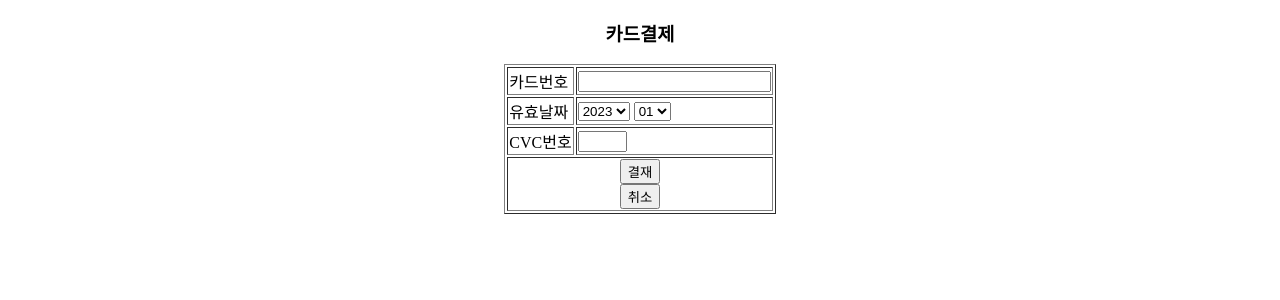
Repository: Juseong-Bang/jspWebProject
Page: http://localhost/FilmBooking/card.jsp
The author's editor kept a copy of each file at every save. The page is drawn from the files as they stood at one save, then again after the next save.
The browser window is 1280 px wide. The pictures show the whole page.
The page is served by Tomcat 9.

Above is the page before, as saved 2017-12-02 09:03:22.

After the next save:
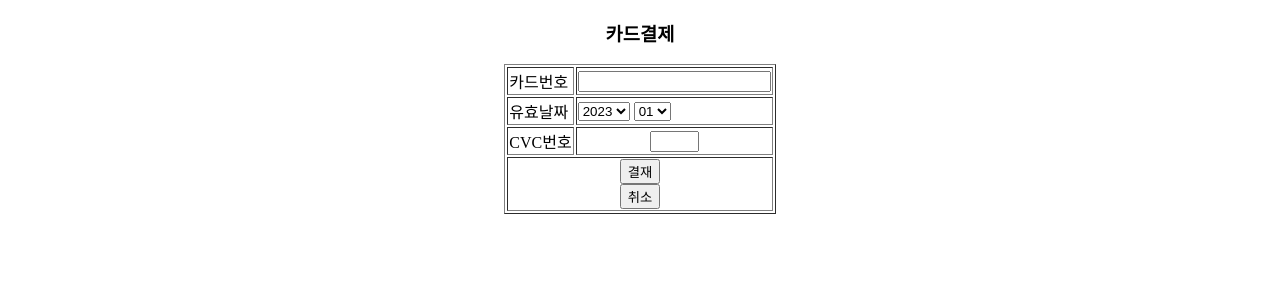
Saved 23 s later.
--- a/FilmBooking/WebContent/card.jsp
+++ b/FilmBooking/WebContent/card.jsp
@@ -41,7 +41,7 @@
 			</tr>
 			<tr>
 				<td>CVC번호</td>
-				<td><input type="password" align="center" size=3 name=cvc /></td>
+				<td align="center"><input type="password" size=3 name=cvc /></td>
 			</tr>
 			<tr>
 				<td colspan=2 align="center" width=150>
